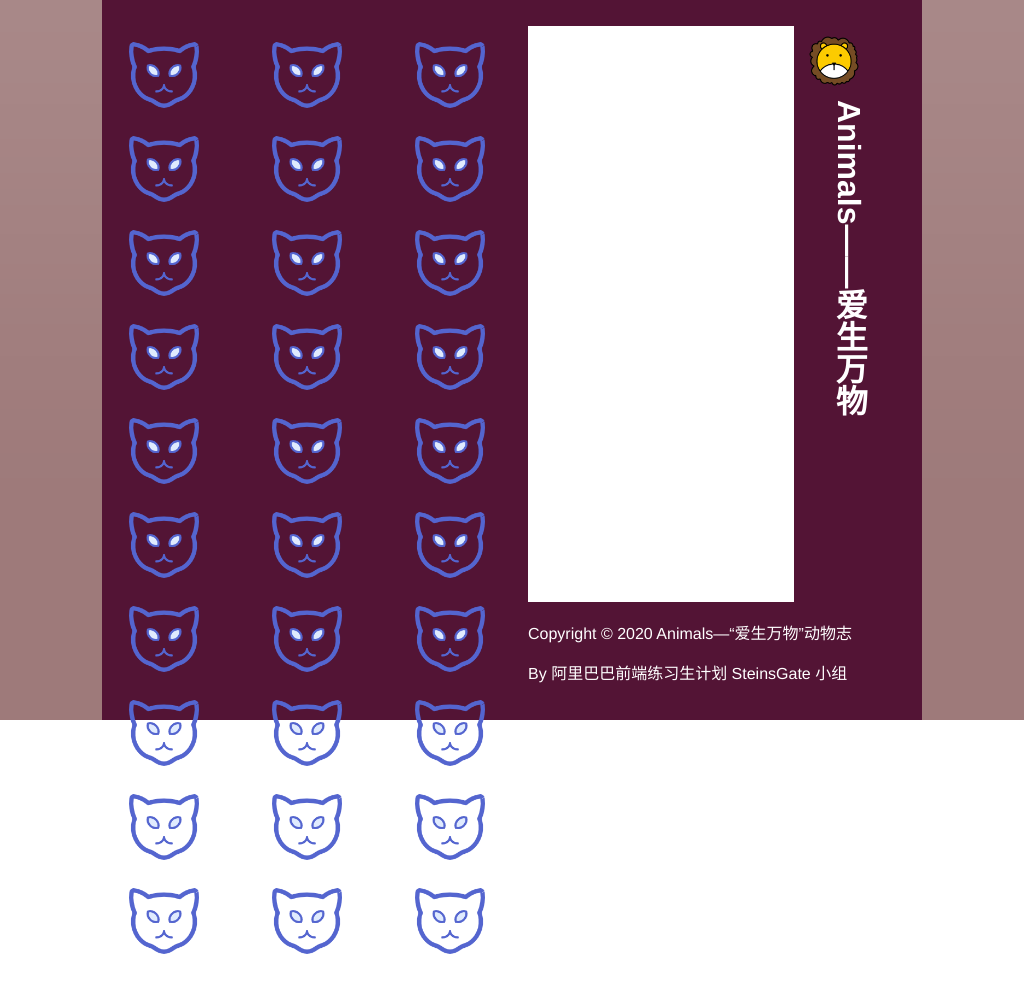
Repository: Whiskeyi/Animals
Page: /
These files come from the project's save history. The page is drawn as it stood at one moment and after the next save; the edit follows.
The browser window is 1024 px wide. The pictures show the whole page.
The project was rebuilt for these pictures with package versions that can differ from the ones it lists, and the page was loaded fresh each time.

Above is the page before, as saved 2021-11-15 22:52:05.

After the next save:
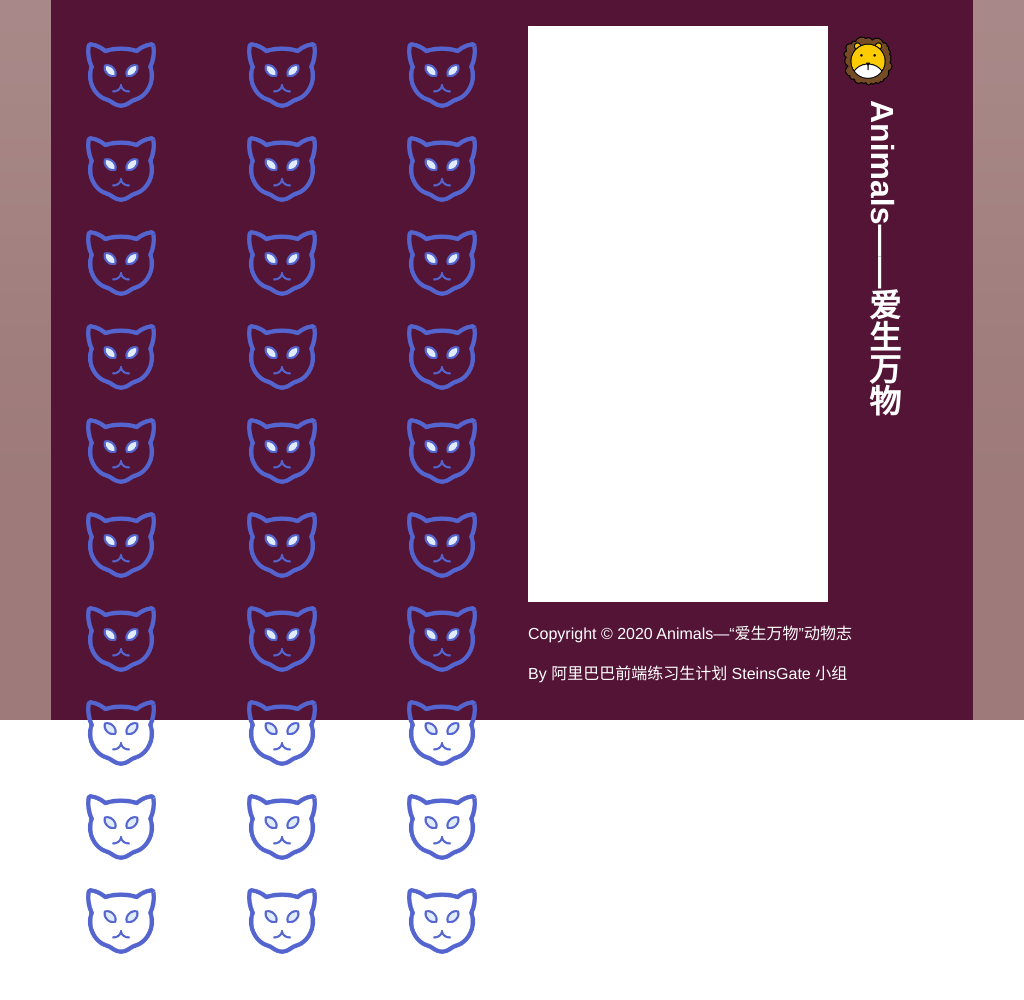
Saved 15 s later.
--- a/src/views/Home.vue
+++ b/src/views/Home.vue
@@ -70,6 +70,21 @@ export default {
   background-color: #531435;
 }
 @media screen and (max-width: 1024px) { // 屏幕小于1024px样式
-
+  #leftContainer {
+  position: absolute;
+  left: 5%;
+  width: 45%;
+  height: 100%;
+  margin: 0 auto;
+  background-color: #531435;
+}
+#rightContainer {
+  position: fixed;
+  right: 5%;
+  width: 45%;
+  height: 100%;
+  margin: 0 auto;
+  background-color: #531435;
+}
 }
 </style>
